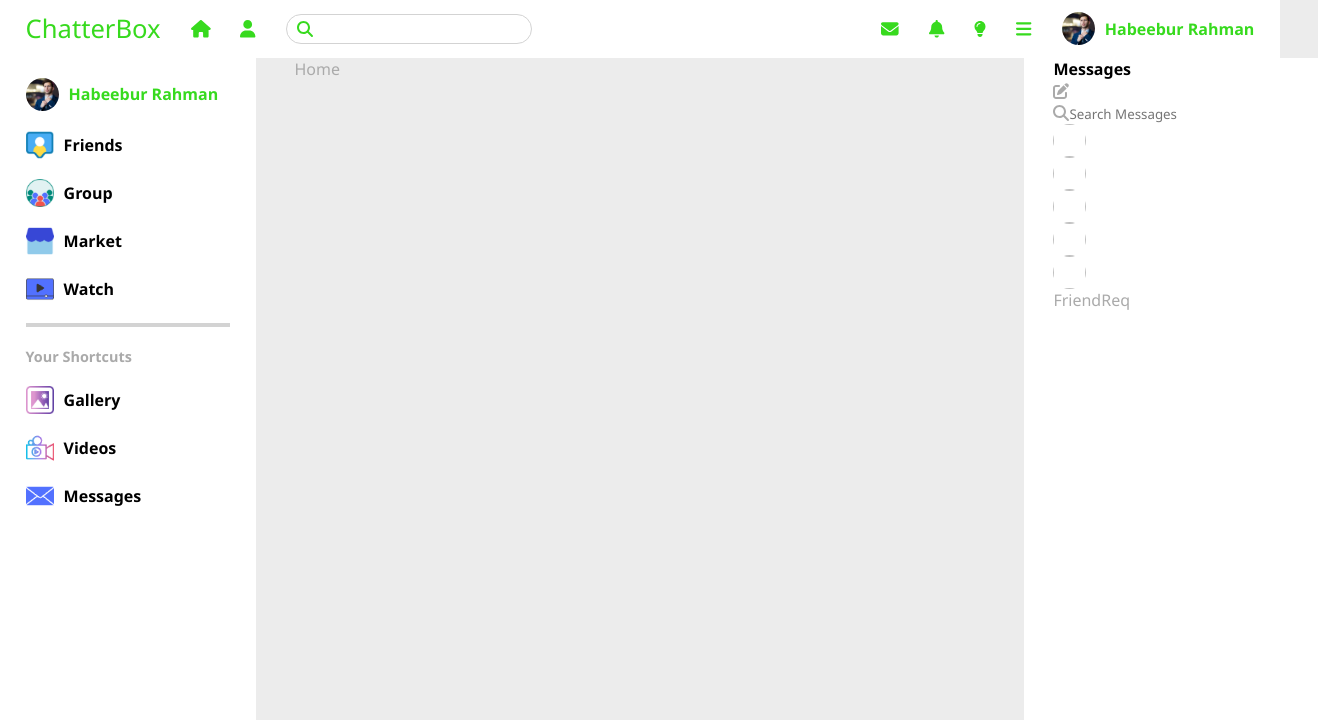
Repository: Habeebur1493/social-media-app
Page: /
The author's editor kept a copy of each file at every save. The page is drawn from the files as they stood at one save, then again after the next save.
The browser window is 1280 px wide. The page is 1318 px wide, so the pictures cover 1318 px, including what lies to the right of the window. The pictures show the whole page.
Pictures or frames that could not be fetched are drawn as grey boxes. The project was rebuilt for these pictures with package versions that can differ from the ones it lists, and the page was loaded fresh each time. Also part of the build but not shown: vite.config.js, src/pages/login/login.css, src/pages/login/Login.jsx, src/pages/signup/signup.css, src/pages/signup/Signup.jsx, src/pages/profile/Profile.jsx, src/pages/chatbox/Chatbox.jsx, src/components/message/message.css.

Above is the page before, as saved 2025-01-29 11:29:29.

After the next save:
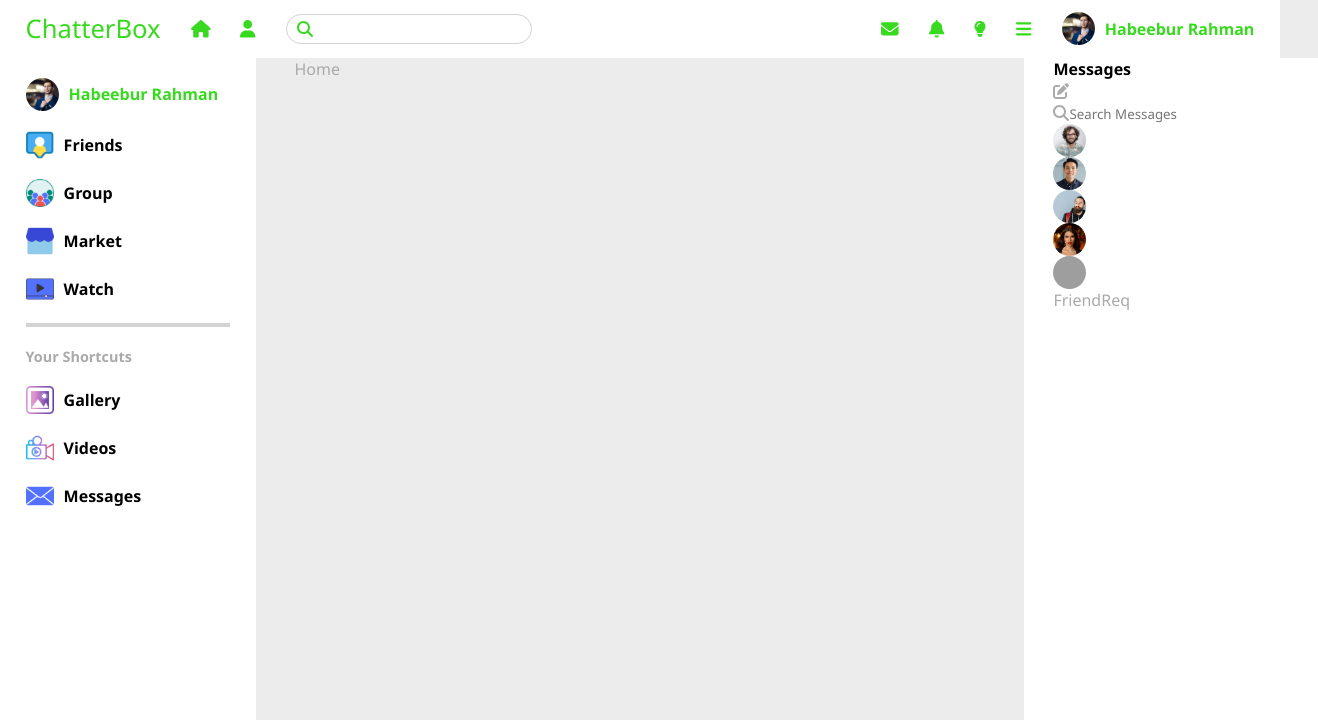
Saved 16 s later.
--- a/src/components/message/Message.jsx
+++ b/src/components/message/Message.jsx
@@ -30,7 +30,7 @@ export default function Message() {
           <Link to='/chatbox/id'>
             <div className="message" key={message.id}>
               <div className="user">
-                <img src={message.image} alt="" />
+                <img src={message.img} alt="" />
               </div>
             </div>
           </Link>
